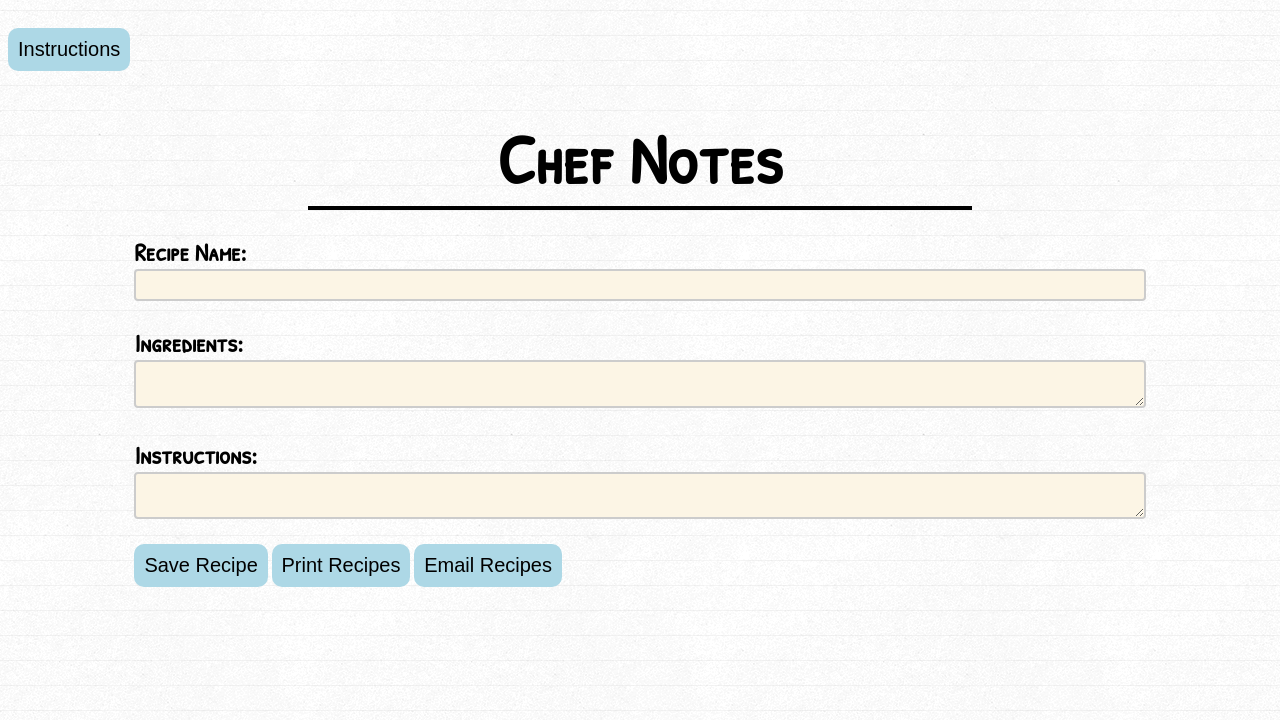
Repository: Chadloswald/RecipeSite
Page: docs/index.html
These files come from the project's save history. The page is drawn as it stood at one moment and after the next save; the edit follows.
The browser window is 1280 px wide. The pictures show the whole page.

Above is the page before, as saved 2023-05-28 08:47:11.

### docs/index.html
<!DOCTYPE html>
<html lang="en">
  <head>
    <meta charset="UTF-8">
    <meta name="viewport" content="width=device-width, initial-scale=1.0">
    <title>ChefNotes</title>
    <style type="text/css">
    </style>
    <link rel="stylesheet" href="style.css">
  </head>
  <body>
    <button id="instructions">Instructions</button>
    <h1>Chef Notes</h1>
    <form>
      <label for="name">Recipe Name:</label>
      <input type="text" id="name" name="name">
      <br>
      <label for="ingredients">Ingredients:</label>
      <textarea id="ingredients" name="ingredients"></textarea>
      <br>
      <label for="instructions">Instructions:</label>
      <textarea id="instructions" name="instructions"></textarea>
      <br>
      <div id="button-container">
        <button id="saveButton" type="button">Save Recipe</button>
        <button id="printButton">Print Recipes</button>
        <button id="emailButton">Email Recipes</button>
      </div>
    </form>
    <div id="recipe-list">
      <div class="recipe-line"></div>
    <div id="list"></div>
    </div>
    <script src="scripts.js"></script>
  </body>
</html>

### docs/style.css
@font-face {
  font-family: 'Patrick Hand';
  src: url('PatrickHandSC-Regular.ttf') format('truetype');
}

body {
  font-family: 'Patrick Hand', cursive;
  margin-top: 30px 0px 0px 0px;
  padding: 0;
  background-image: url("lined-paper-2.png");
}

h1 {
  text-align: center;
  padding: 20px 0 0 0;
  border-bottom: 4px solid black;
  margin: 0 300px;
  font-size: 70px;
}

.help {
  display: flex;
  justify-content: center;
  align-items: center;
}

form {
  width: 80%;
  margin: 0 auto;
}

label {
  display: block;
  font-weight: bold;
  margin-top: 1em;
  font-size: 25px;
}

input[type="text"], textarea {
  background-color: #FCF5E5;
  width: 100%;
  box-sizing: border-box;
  padding: 0.5em;
  border: 2px solid #ccc;
  border-radius: 4px;
}

button {
  margin: 1em auto;
  padding: 0.5em;
  border-radius: 10px;
  font-size: 20px;
  border: none;
  cursor: pointer;
  background-color: #ADD8E6;
  color: black;
}

button:hover {
  background-color: gray;
  color: #FCF5E5;
}

.button-container {
  display: flex;
  flex-direction: row;
  align-items: center;
  justify-content: center;
}

.button-container button {
  margin: 0 10px;
}

#recipe-list {
  width: 80%;
  margin: 1em auto;
  font-size: 25px;
}

h2 {
  font-size: 25px;
}

p {
  font-size: 20px;
}

.recipe-line {
  height: 1px;
	background-color: black;
	position: relative;
	margin-top: 30px;
	margin-bottom: 30px;
	left: 0;
	width: 50%;
  display: none;
}

.recipe:not(:last-child) .recipe-line {
  display: block;
  margin-left: 25%;
}

/* Printing style */
@media print {
  /* Remove form elements */
  form {
    display: none;
  }

  /* Position Chef and Notes next to each other */
  h1 {
    display: flex;
    align-items: center;
    justify-content: center;
    font-size: 40px;
    margin: 0;
    padding-top: 20px;
    border-bottom: 4px solid black;
    page-break-after: avoid; /* prevent the header from breaking across pages */
  }

  h1 span:first-child {
    margin-right: 20px; /* add space between Chef and Notes */
  }

  /* Adjust margins and padding */
  body {
    margin: 20mm 25mm 20mm 25mm; /* top right bottom left */
    padding: 0;
  }

  h2 {
    font-size: 30px;
  }

  p {
    font-size: 20px;
  }

  /* Add page breaks between recipes */
  .recipe:not(:last-child) {
    page-break-after: always;
  }
  #recipe-list {
    margin-left: 0;
  }
}

/* CSS for screens up to 820px */
@media screen and (max-width: 820px) {
  body {
    margin-top: 12px;
  }

  h1 {
    font-size: 38px;
    margin: 0 40px;
  }

  form {
    width: 85%;
  }

  button {
    font-size: 14px;
    padding: 0.25em;
  }
}

/* CSS for screens up to 600px */
@media screen and (max-width: 600px) {
  body {
    margin-top: 10px;
  }

  h1 {
    font-size: 40px;
    margin: 0 50px;
  }

  form {
    width: 90%;
  }

  button {
    font-size: 15px;
    padding: 0.3em;
  }
}

/* CSS for screens up to 480px */
@media screen and (max-width: 480px) {
  body {
    margin-top: 15px;
  }

  h1 {
    font-size: 35px;
    margin: 0 30px;
  }

  form {
    width: 80%;
  }

  button {
    font-size: 12px;
    padding: 0.2em;
  }
}

/* CSS for screens up to 320px */
@media screen and (max-width: 320px) {
  body {
    margin-top: 20px;
  }

  h1 {
    font-size: 30px;
    margin: 0 20px;
  }

  form {
    width: 70%;
  }

  button {
    font-size: 10px;
    padding: 0.1em;
  }
}

### docs/scripts.js
const recipeList = document.getElementById('recipe-list');

document.addEventListener('DOMContentLoaded', function() {

  const save = document.getElementById('saveButton');

  const nameInput = document.getElementById('name');
  const ingredientsInput = document.getElementById('ingredients');
  const instructionsInput = document.getElementById('instructions');

  save.addEventListener('click', function() {
    const name = nameInput.value;
    const ingredients = ingredientsInput.value;
    const instructions = instructionsInput.value;

    const recipe = document.createElement('div');
    recipe.classList.add('recipe'); // Add the 'recipe' class

    const recipeName = document.createElement('h2');
    const recipeIngredients = document.createElement('p');
    const recipeInstructions = document.createElement('p');
    const recipeLine = document.createElement('div');

    recipeLine.classList.add('recipe-line');

    recipe.appendChild(recipeLine);

    recipeName.innerText = name;
    recipeIngredients.innerText = `Ingredients: ${ingredients}`;
    recipeInstructions.innerText = `Instructions: ${instructions}`;

    recipe.appendChild(recipeName);
    recipe.appendChild(recipeIngredients);
    recipe.appendChild(recipeInstructions);

    recipeList.appendChild(recipe);

    recipeLine.style.display = 'block';

    nameInput.value = '';
    ingredientsInput.value = '';
    instructionsInput.value = '';
  });

  const printButton = document.getElementById('printButton');

  printButton.addEventListener('click', function() {
    window.print();
  });

  const emailButton = document.getElementById('emailButton');

  emailButton.addEventListener('click', function() {
    // Get the saved recipe list
    const recipes = recipeList.getElementsByClassName('recipe');

    // Create the email body with the contents of the saved recipe list
    let emailBody = '';
    for (let i = 0; i < recipes.length; i++) {
      const recipe = recipes[i];
      const recipeName = recipe.querySelector('h2').innerText;
      const recipeIngredients = recipe.querySelector('p:nth-of-type(1)').innerText;
      const recipeInstructions = recipe.querySelector('p:nth-of-type(2)').innerText;

      emailBody += `${recipeName}\n\nIngredients: ${recipeIngredients}\n\nInstructions: ${recipeInstructions}\n\n`;
    }

    // Open the default email client with the populated email body
    const subject = 'My Saved Recipes';
    const mailtoLink = `mailto:?subject=${encodeURIComponent(subject)}&body=${encodeURIComponent(emailBody)}`;
    window.location.href = mailtoLink;
  });

});

After the next save:
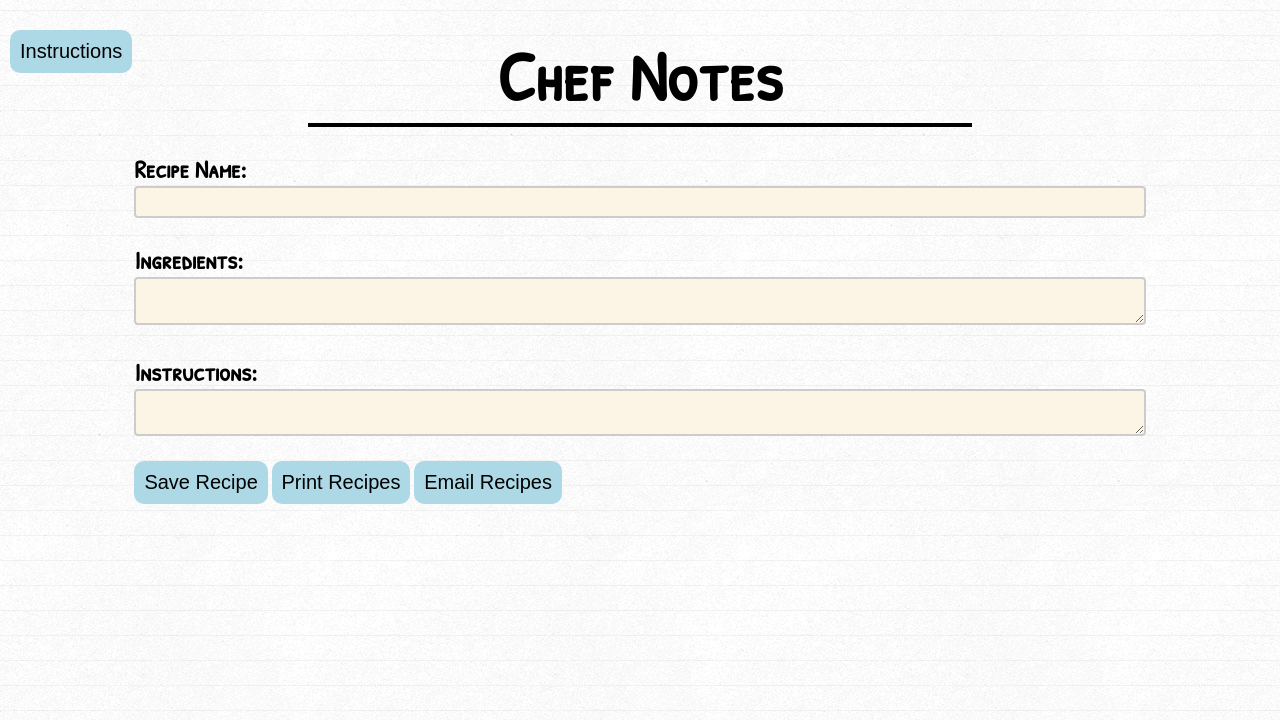
Saved 33 s later.
--- a/docs/index.html
+++ b/docs/index.html
@@ -9,7 +9,7 @@
     <link rel="stylesheet" href="style.css">
   </head>
   <body>
-    <button id="instructions">Instructions</button>
+    <button id="help">Instructions</button>
     <h1>Chef Notes</h1>
     <form>
       <label for="name">Recipe Name:</label>
--- a/docs/style.css
+++ b/docs/style.css
@@ -18,10 +18,10 @@ h1 {
   font-size: 70px;
 }
 
-.help {
-  display: flex;
-  justify-content: center;
-  align-items: center;
+#help {
+  position: fixed;
+  top: 10px;
+  left: 10px;
 }
 
 form {
